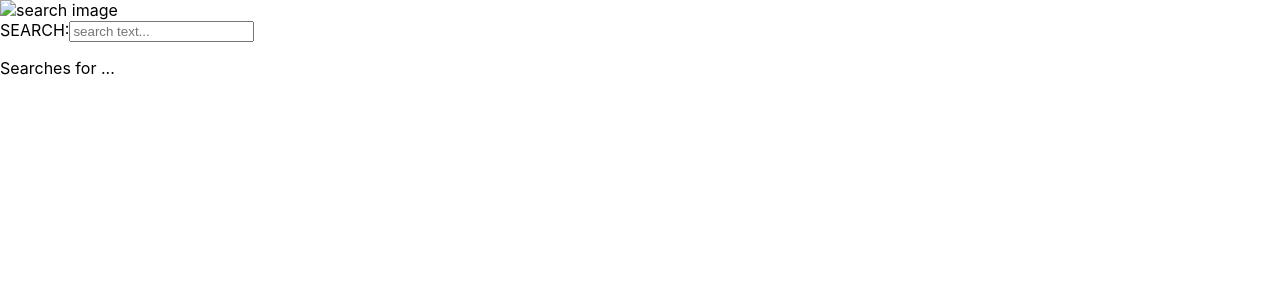
Repository: Paveldub/react-testing-library
Page: /
The author's editor kept a copy of each file at every save. The page is drawn from the files as they stood at one save, then again after a run of saves.
The browser window is 1280 px wide. The pictures show the whole page.
The project was rebuilt for these pictures with package versions that can differ from the ones it lists, and the page was loaded fresh each time. Also part of the build but not shown: src/App.css.

Above is the page before, as saved 2021-10-14 17:33:36.

### src/App.js
import React, { useState } from "react";
import "./App.css";

const Search = ({ value, onChange, children }) => (
  <div>
    <label htmlFor="search">{children}</label>
    <input
      placeholder="search text..."
      id="search"
      type="text"
      value={value}
      onChange={onChange}
    />
  </div>
);

const App = () => {
  const [search, setSearch] = useState("");

  const handleChange = ({ target }) => {
    setSearch(target.value);
  };

  return (
    <div>
      <img src="" alt="search image" />
      <Search value={search} onChange={handleChange}>
        SEARCH:
      </Search>
      <p>Searches for {search ? search : "..."}</p>
    </div>
  );
};

export default App;

Loaded but not shown: public/index.html (common file); src/index.js (common file); src/index.css (common file)

After the next 2 saves:
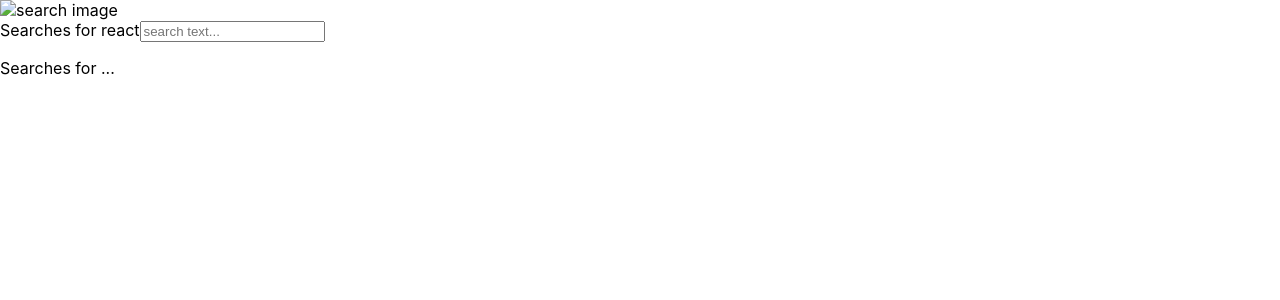
The 2 saves are shown as one change because they came seconds apart.
The last was saved 23 s later.
--- a/src/App.js
+++ b/src/App.js
@@ -25,7 +25,7 @@
     <div>
       <img src="" alt="search image" />
       <Search value={search} onChange={handleChange}>
-        SEARCH:
+        Searches for react
       </Search>
       <p>Searches for {search ? search : "..."}</p>
     </div>
